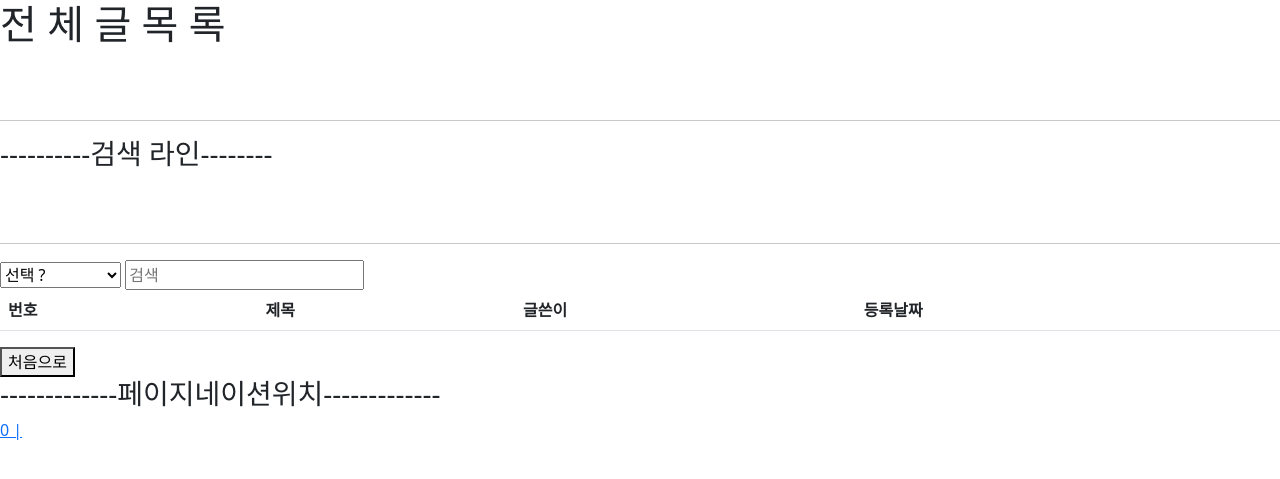
Repository: bbqju13/jsp0602
Page: http://localhost/jsp_project/board/list.jsp
An editor plug-in stored every save of this project. The page is shown before and after the next save, followed by the edit.
The browser window is 1280 px wide. The pictures show the whole page.
The page is served by Tomcat 9. The template is opened directly, without the code that normally fills it, so the values that code supplies are empty.

Above is the page before, as saved 2023-05-24 02:37:03.

After the next save:
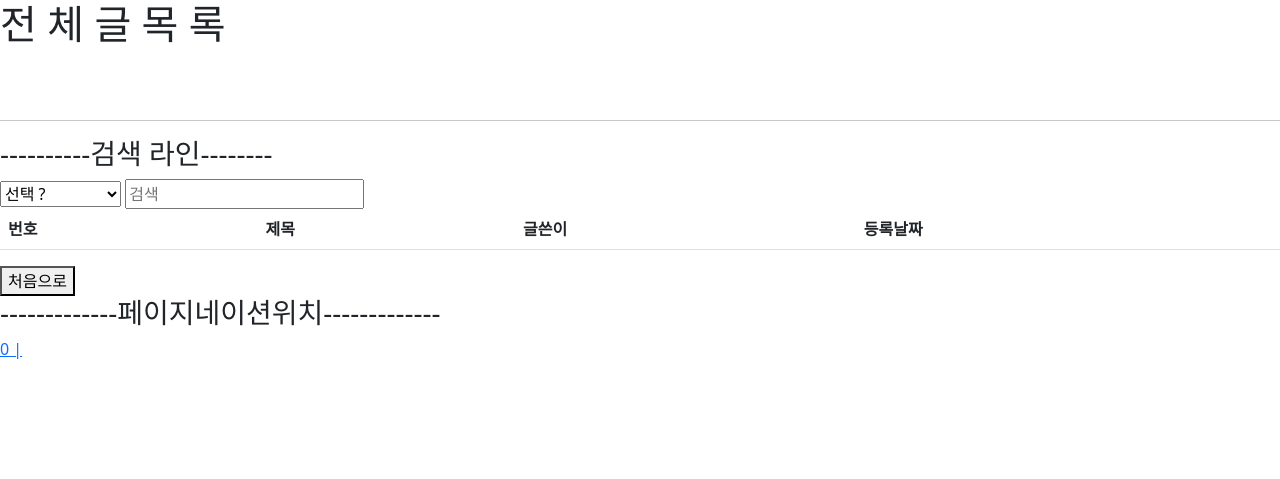
Saved 15 s later.
--- a/jsp_project2/jsp_project/src/main/webapp/board/list.jsp
+++ b/jsp_project2/jsp_project/src/main/webapp/board/list.jsp
@@ -23,7 +23,6 @@
 	<hr>
 					<!-- 검색라인 -->
 	<h3>----------검색 라인--------</h3>
-	<br> <br> <hr>
 	<form action="/brd/page" method="post">
 		<div>
 			<select name="type">
